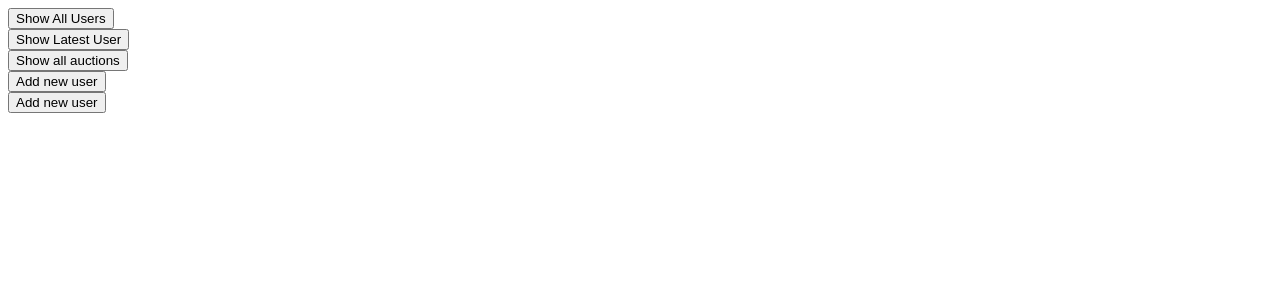
Repository: jnnbaran/DBManager
Page: http://localhost/DBServlet/
An editor plug-in stored every save of this project. The page is shown before and after the next save, followed by the edit.
The browser window is 1280 px wide. The pictures show the whole page.
The page is served by Tomcat 9. Other server files are loaded and not shown.

Above is the page before, as saved 2019-11-18 17:33:58.

### DBServlet/WebContent/query.jsp
<%@ page language="java" contentType="text/html; charset=ISO-8859-1"
    pageEncoding="ISO-8859-1"%>
<!DOCTYPE html PUBLIC "-//W3C//DTD HTML 4.01 Transitional//EN" "http://www.w3.org/TR/html4/loose.dtd">
<html>
<head>
<meta http-equiv="Content-Type" content="text/html; charset=ISO-8859-1">
<title>SQL query</title>
</head>
<body>
 <form name="queryForm" action="UsersServlet" method="post">

        <button name="query" cols="50" rows="10" form="queryForm" value = "select * from users"> Show All Users </button>
       <br/>
        <button name="query" cols="50" rows="10" form="queryForm" value = "select * from users WHERE id=max(id)"> Show Latest User </button>

 </form>

<form name="queryForm" action="AuctionsServlet" method="post">

        <button name="query" cols="50" rows="10" form="queryForm" value = "select * from AUCTIONSONLINE "> Show all auctions </button>

 </form>


        <button name="query" cols="50" rows="10" form="queryForm" href="add.jsp"> Add new user </button>

 	<form name="main1"  method="get" action="add.jsp">
        <input type="submit" name="ter" value="Add new user" >
    </form>

</body>
</html>

After the next save:
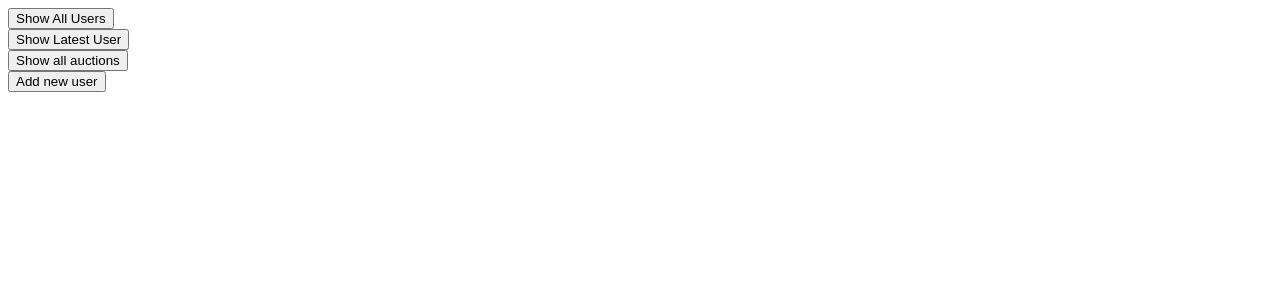
Saved 49 s later.
--- a/DBServlet/WebContent/query.jsp
+++ b/DBServlet/WebContent/query.jsp
@@ -22,10 +22,9 @@
  </form>
 
 
-        <button name="query" cols="50" rows="10" form="queryForm" href="add.jsp"> Add new user </button>
 
- 	<form name="main1"  method="get" action="add.jsp">
-        <input type="submit" name="ter" value="Add new user" >
+ 		<form name="add"  method="get" action="add.jsp">
+        <input type="submit" name="add" value="Add new user" >
     </form>
 
 </body>
